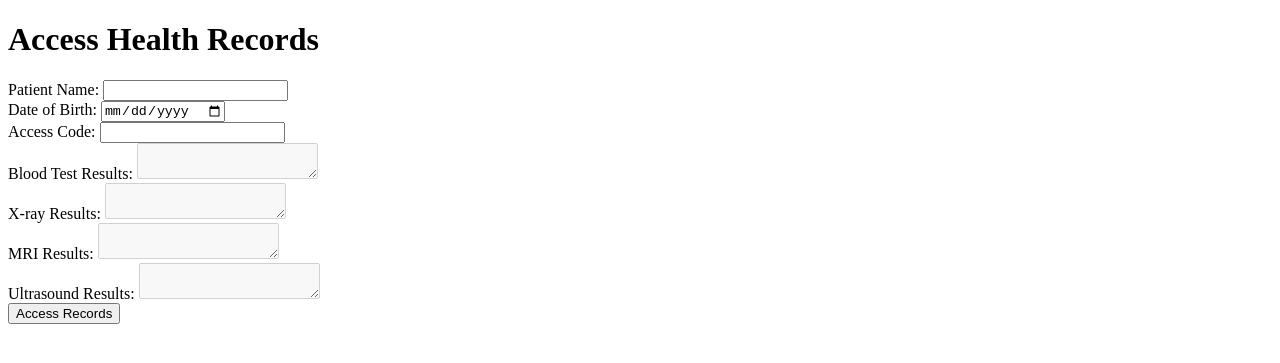
Repository: jaytriggz/Hospital-Management-System
Page: access_health_records.html
These files come from the project's save history. The page is drawn as it stood at one moment and after a run of saves; the edit follows.
The browser window is 1280 px wide. The pictures show the whole page.

Above is the page before, as saved 2024-07-04 15:56:06.

### access_health_records.html
<!DOCTYPE html>
<html lang="en">
<head>
    <meta charset="UTF-8">
    <title>Access Health Records</title>
</head>
<body>
    <h1>Access Health Records</h1>
    <form id="healthRecordsForm">
        <label for="patientName">Patient Name:</label>
        <input type="text" id="patientName" name="patientName" required><br>

        <label for="dateOfBirth">Date of Birth:</label>
        <input type="date" id="dateOfBirth" name="dateOfBirth" required><br>

        <label for="accessCode">Access Code:</label>
        <input type="text" id="accessCode" name="accessCode" required><br>

        <label for="bloodTest">Blood Test Results:</label>
        <textarea id="bloodTest" name="bloodTest" disabled></textarea><br>

        <label for="xray">X-ray Results:</label>
        <textarea id="xray" name="xray" disabled></textarea><br>

        <label for="mri">MRI Results:</label>
        <textarea id="mri" name="mri" disabled></textarea><br>

        <label for="ultrasound">Ultrasound Results:</label>
        <textarea id="ultrasound" name="ultrasound" disabled></textarea><br>

        <button type="submit">Access Records</button>
    </form>

    <script>
        document.getElementById('healthRecordsForm').addEventListener('submit', function(event) {
            event.preventDefault();

            // Simulate fetching health records based on the form input (for demonstration)
            const patientName = document.getElementById('patientName').value;
            const dateOfBirth = document.getElementById('dateOfBirth').value;
            const accessCode = document.getElementById('accessCode').value;

            // Here you could fetch actual health records from a server/database based on the inputs

            // For demonstration, we'll just display a message with fetched data
            const fetchedData = {
                bloodTest: "Blood test results for " + patientName,
                xray: "X-ray results for " + patientName,
                mri: "MRI results for " + patientName,
                ultrasound: "Ultrasound results for " + patientName
            };

            // Update textareas with fetched data (for demonstration)
            document.getElementById('bloodTest').value = fetchedData.bloodTest;
            document.getElementById('xray').value = fetchedData.xray;
            document.getElementById('mri').value = fetchedData.mri;
            document.getElementById('ultrasound').value = fetchedData.ultrasound;
        });
    </script>
</body>
</html>

After the next 2 saves:
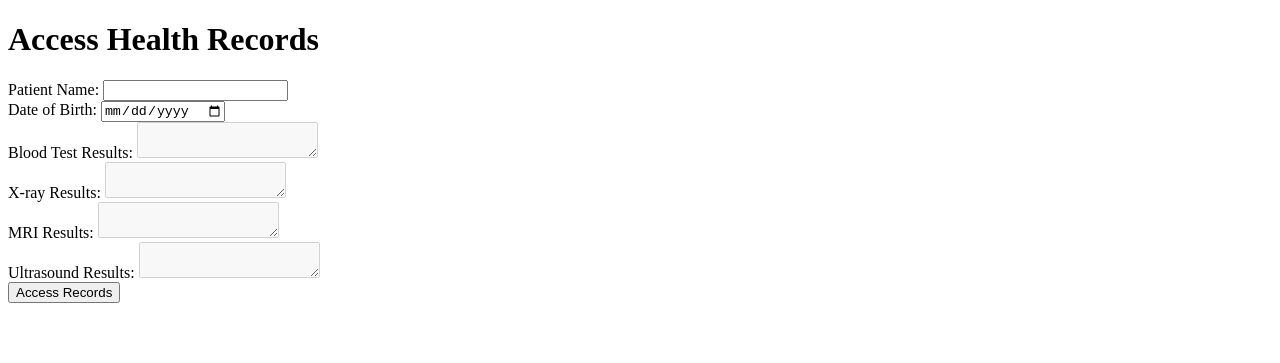
The 2 saves are shown as one change because they came seconds apart.
The last was saved 2 min 18 s later.
--- a/access_health_records.html
+++ b/access_health_records.html
@@ -12,9 +12,6 @@
 
         <label for="dateOfBirth">Date of Birth:</label>
         <input type="date" id="dateOfBirth" name="dateOfBirth" required><br>
-
-        <label for="accessCode">Access Code:</label>
-        <input type="text" id="accessCode" name="accessCode" required><br>
 
         <label for="bloodTest">Blood Test Results:</label>
         <textarea id="bloodTest" name="bloodTest" disabled></textarea><br>
